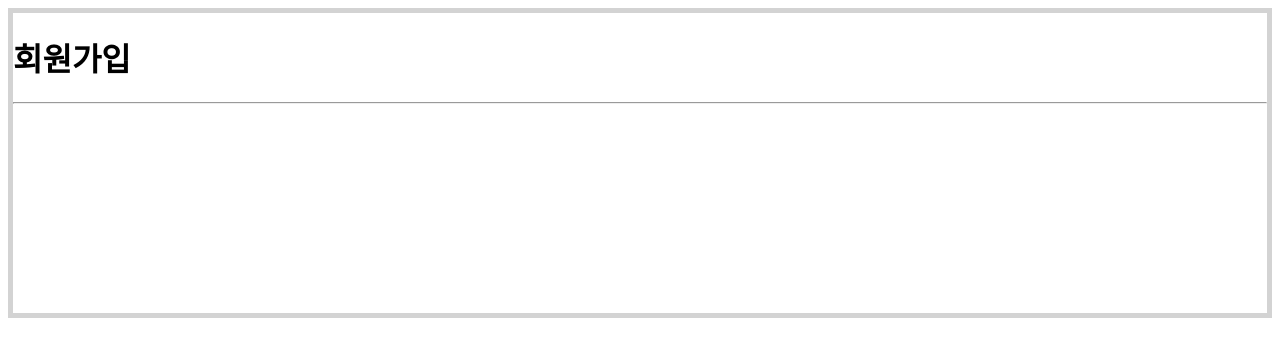
Repository: dychung1021/newrepository
Page: http://localhost/JSP05/
The author's editor kept a copy of each file at every save. The page is drawn from the files as they stood at one save, then again after the next save.
The browser window is 1280 px wide. The pictures show the whole page.
The page is served by Tomcat 9.

Above is the page before, as saved 2024-05-10 02:35:28.

### JSP/JSP05/src/main/webapp/index.jsp
<%@ page language="java" contentType="text/html; charset=utf-8"
    pageEncoding="utf-8"%>
<!DOCTYPE html>
<html>
	<head>
		<meta charset="utf-8">
		<title>간단한 회원가입</title>
		<style>
			#wrap{
				width:300 px;
				border:5px solid lightgray;
				height : 300px;
				margin : 0 auto;

				}
		</style>
	</head>
	<body>
		<div id="wrap">
			<form method="get" action="">
				<h1> 회원가입 </h1>
				<hr>
			</form>

		</div>
	</body>
</html>

After the next save:
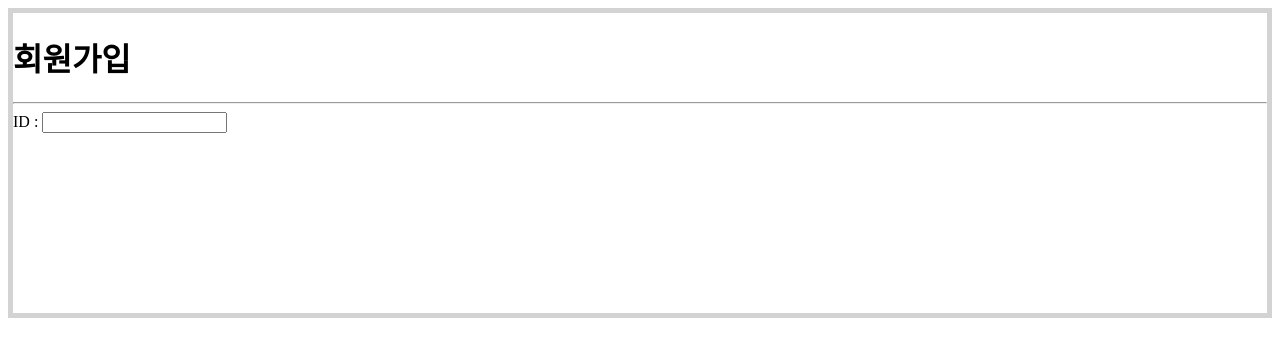
Saved 58 s later.
--- a/JSP/JSP05/src/main/webapp/index.jsp
+++ b/JSP/JSP05/src/main/webapp/index.jsp
@@ -20,6 +20,7 @@
 			<form method="get" action="">
 				<h1> 회원가입 </h1>
 				<hr>
+				ID : <input type="text" name="id"
 			</form>
 
 		</div>
